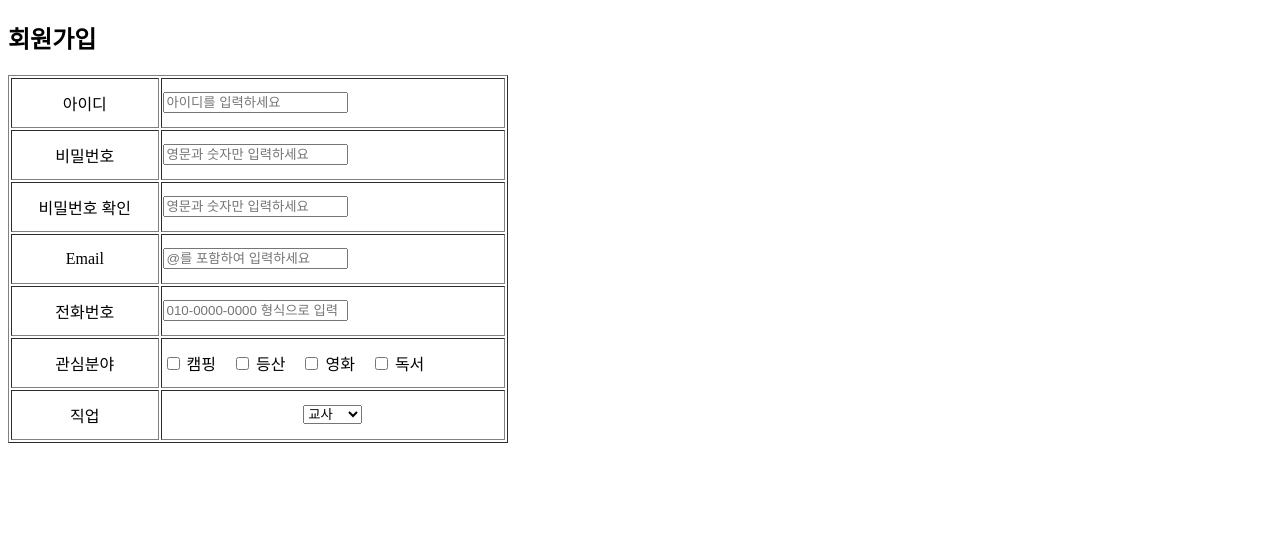
Repository: junirang330/Jsp2026
Page: http://localhost/chapter01/Request/Requestjoin.jsp
These files come from the project's save history. The page is drawn as it stood at one moment and after the next save; the edit follows.
The browser window is 1280 px wide. The pictures show the whole page.
The page is served by Tomcat 9.

Above is the page before, as saved 2026-10-19 06:45:20.

After the next save:
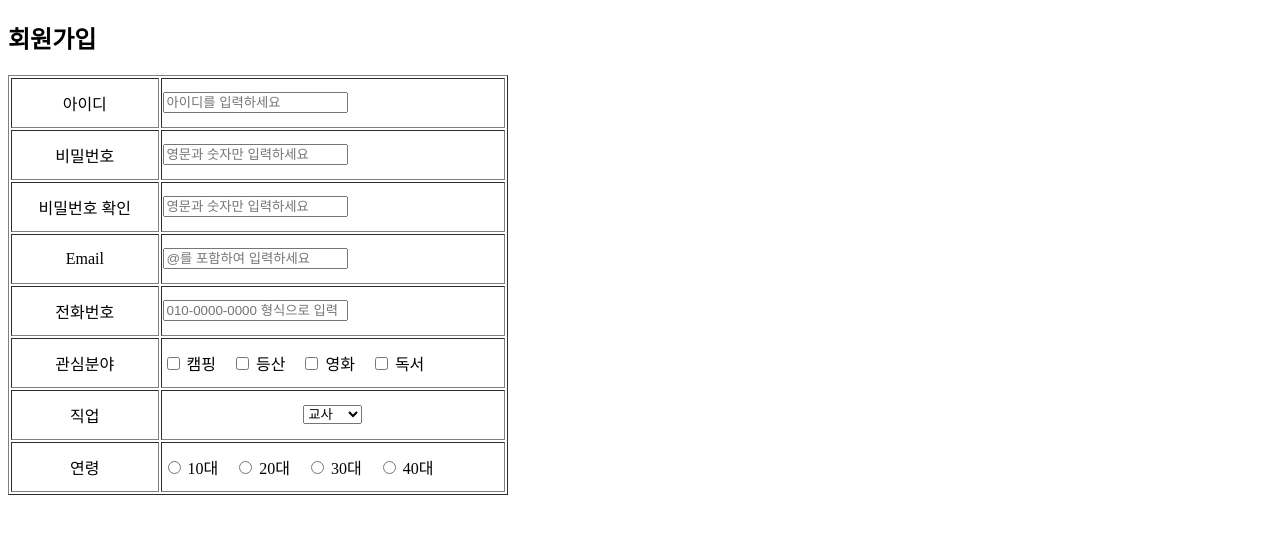
Saved 2 min 42 s later.
--- a/chapter01/src/main/webapp/Request/Requestjoin.jsp
+++ b/chapter01/src/main/webapp/Request/Requestjoin.jsp
@@ -66,6 +66,20 @@
 						</select>
 					</td>
 				</tr>
+				<tr height = "50">
+					<td align = "center" width = "150">연령</td>
+					<td width = "350">
+						<input type = "radio" name = "age" value = "10대" id ="teenage"/>
+						<label for="teenage">10대</label> &nbsp;&nbsp;
+						<input type = "radio" name = "age" value = "20대" id ="twenty"/>
+						<label for="twenty">20대</label> &nbsp;&nbsp;
+						<input type = "radio" name = "age" value = "30대" id ="thirty"/>
+						<label for="thirty">30대</label> &nbsp;&nbsp;
+						<input type = "radio" name = "age" value = "40대" id ="forty"/>
+						<label for="forty">40대</label> &nbsp;&nbsp;
+					</td>
+				</tr>
+
 			</table>
 		</form>
 	</div>
